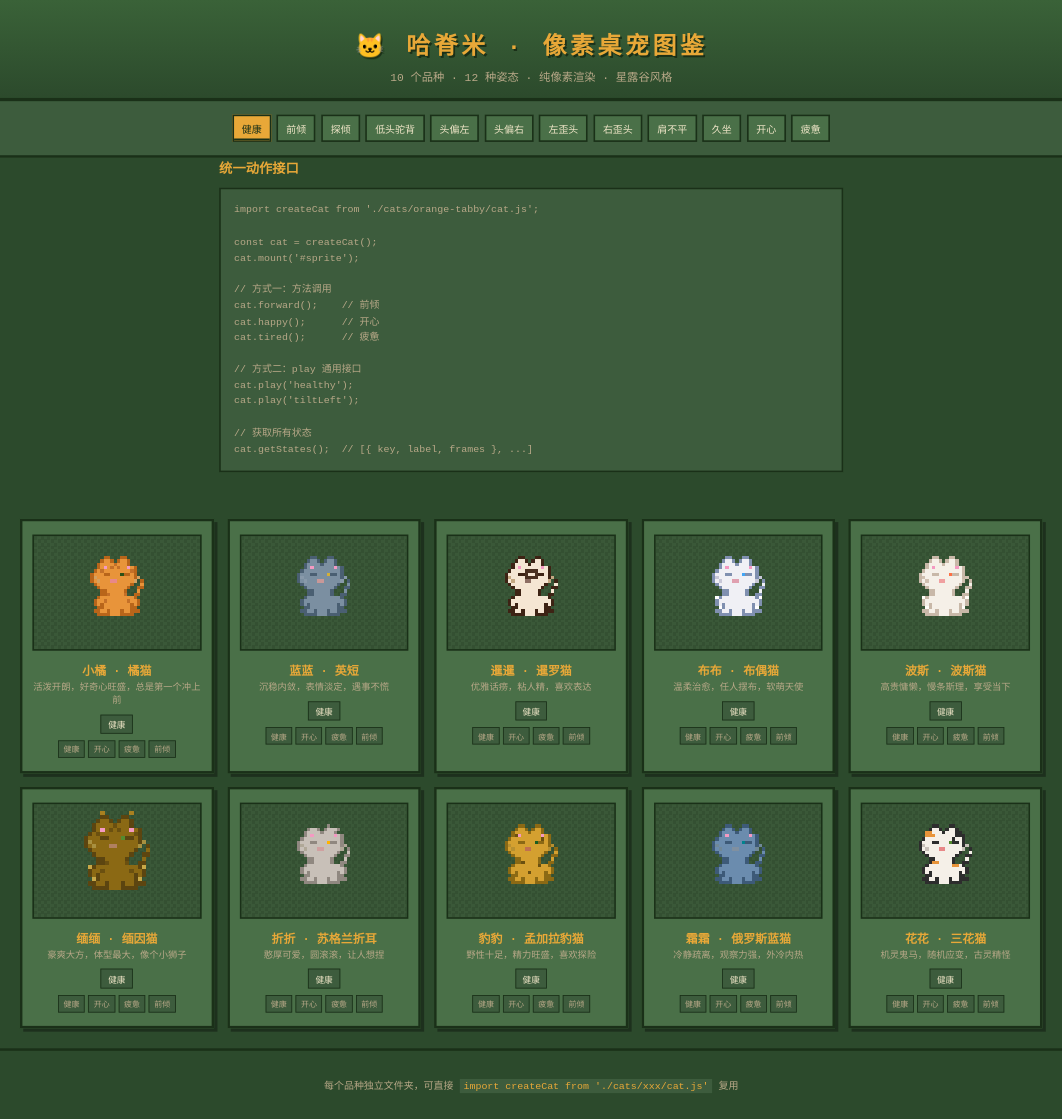
Repository: tangziyi1226-lab/hajimi
Page: index.html
These files come from the project's save history. The page is drawn as it stood at one moment and after the next save; the edit follows.
The browser window is 1280 px wide. The pictures show the whole page, at 83% of full size.

Above is the page before, as saved 2026-05-25 11:00:55.

### index.html
<!DOCTYPE html>
<html lang="zh-CN">
<head>
  <meta charset="UTF-8" />
  <meta name="viewport" content="width=device-width, initial-scale=1.0" />
  <title>哈脊米 · 像素桌宠图鉴</title>
  <link rel="stylesheet" href="styles.css" />
</head>
<body>
  <header>
    <h1>🐱 哈脊米 · 像素桌宠图鉴</h1>
    <p>10 个品种 · 12 种姿态 · 纯像素渲染 · 星露谷风格</p>
  </header>

  <nav class="controls-bar" id="global-controls"></nav>

  <section class="api-demo">
    <h2>统一动作接口</h2>
    <pre><code>import createCat from './cats/orange-tabby/cat.js';

const cat = createCat();
cat.mount('#sprite');

// 方式一：方法调用
cat.forward();    // 前倾
cat.happy();      // 开心
cat.tired();      // 疲惫

// 方式二：play 通用接口
cat.play('healthy');
cat.play('tiltLeft');

// 获取所有状态
cat.getStates();  // [{ key, label, frames }, ...]</code></pre>
  </section>

  <main class="gallery" id="gallery"></main>

  <footer>
    每个品种独立文件夹，可直接 <code>import createCat from './cats/xxx/cat.js'</code> 复用
  </footer>

  <script type="module" src="app.js"></script>
</body>
</html>

### styles.css
:root {
  --bg: #2c4a2c;
  --bg-panel: #3d5c3d;
  --bg-card: #4a7048;
  --border: #1a3018;
  --text: #f0e6c8;
  --text-dim: #b8a888;
  --accent: #e8a838;
  --accent-hover: #ffc850;
  --shadow: rgba(0, 0, 0, 0.35);
}

* {
  box-sizing: border-box;
  margin: 0;
  padding: 0;
}

body {
  font-family: 'Courier New', Courier, monospace;
  background: var(--bg);
  color: var(--text);
  min-height: 100vh;
  image-rendering: pixelated;
}

header {
  text-align: center;
  padding: 2rem 1rem 1rem;
  border-bottom: 4px solid var(--border);
  background: linear-gradient(180deg, #3a6238 0%, var(--bg) 100%);
}

header h1 {
  font-size: 1.8rem;
  letter-spacing: 0.15em;
  text-shadow: 2px 2px 0 var(--border);
  color: var(--accent);
}

header p {
  margin-top: 0.5rem;
  color: var(--text-dim);
  font-size: 0.85rem;
}

.controls-bar {
  display: flex;
  flex-wrap: wrap;
  gap: 0.4rem;
  justify-content: center;
  padding: 1rem;
  background: var(--bg-panel);
  border-bottom: 3px solid var(--border);
  position: sticky;
  top: 0;
  z-index: 10;
}

.controls-bar button {
  font-family: inherit;
  font-size: 0.75rem;
  padding: 0.35rem 0.6rem;
  background: var(--bg-card);
  color: var(--text);
  border: 2px solid var(--border);
  cursor: pointer;
  transition: background 0.1s;
}

.controls-bar button:hover,
.controls-bar button.active {
  background: var(--accent);
  color: var(--border);
}

.controls-bar button.active {
  box-shadow: inset 0 -2px 0 var(--border);
}

.gallery {
  display: grid;
  grid-template-columns: repeat(auto-fill, minmax(200px, 1fr));
  gap: 1rem;
  padding: 1.5rem;
  max-width: 1400px;
  margin: 0 auto;
}

.cat-card {
  background: var(--bg-card);
  border: 3px solid var(--border);
  box-shadow: 4px 4px 0 var(--shadow);
  display: flex;
  flex-direction: column;
  align-items: center;
  padding: 1rem 0.75rem;
  transition: transform 0.1s;
}

.cat-card:hover {
  transform: translateY(-2px);
}

.cat-card .sprite-wrap {
  width: 100%;
  min-height: 140px;
  display: flex;
  align-items: center;
  justify-content: center;
  background: repeating-conic-gradient(#3a5838 0% 25%, #345032 0% 50%) 0 0 / 8px 8px;
  border: 2px solid var(--border);
  margin-bottom: 0.75rem;
}

.cat-card .sprite-wrap canvas {
  image-rendering: pixelated;
  image-rendering: crisp-edges;
}

.cat-card h3 {
  font-size: 0.9rem;
  color: var(--accent);
  margin-bottom: 0.25rem;
}

.cat-card .personality {
  font-size: 0.7rem;
  color: var(--text-dim);
  text-align: center;
  line-height: 1.4;
  margin-bottom: 0.5rem;
}

.cat-card .state-label {
  font-size: 0.65rem;
  color: var(--text);
  background: var(--bg-panel);
  padding: 0.2rem 0.5rem;
  border: 1px solid var(--border);
}

.cat-card .mini-controls {
  display: flex;
  flex-wrap: wrap;
  gap: 0.25rem;
  justify-content: center;
  margin-top: 0.5rem;
}

.cat-card .mini-controls button {
  font-family: inherit;
  font-size: 0.6rem;
  padding: 0.15rem 0.35rem;
  background: var(--bg-panel);
  color: var(--text-dim);
  border: 1px solid var(--border);
  cursor: pointer;
}

.cat-card .mini-controls button:hover {
  color: var(--accent);
}

footer {
  text-align: center;
  padding: 2rem 1rem;
  color: var(--text-dim);
  font-size: 0.75rem;
  border-top: 3px solid var(--border);
}

footer code {
  color: var(--accent);
  background: var(--bg-panel);
  padding: 0.1rem 0.3rem;
}

.api-demo {
  max-width: 800px;
  margin: 0 auto 2rem;
  padding: 0 1.5rem;
}

.api-demo pre {
  background: var(--bg-panel);
  border: 2px solid var(--border);
  padding: 1rem;
  overflow-x: auto;
  font-size: 0.75rem;
  line-height: 1.6;
  color: var(--text-dim);
}

.api-demo h2 {
  font-size: 1rem;
  color: var(--accent);
  margin-bottom: 0.75rem;
}

### core/sprite-builder.js
/**
 * 20x20 模板像素猫构建器。
 * 参考用户给出的 Stardew 小猫形象：大头、短身、清晰描边、固定像素模板。
 */

const W = 22;
const H = 24;
const OFFSET_X = 1;
const OFFSET_Y = 1;

const HEAD_ROWS = new Set([0, 1, 2, 3, 4, 5, 6, 7, 8, 9, 10]);
const BODY_ROWS = new Set([11, 12, 13, 14, 15, 16]);

const BASE_SPRITE = [
  '......OO...OO......',
  '.....OFFO.OFFO.....',
  '....OFFFFOFFFO.....',
  '....OFPFFFFFFPFO....',
  '...OFFFFFFFFFFFO....',
  '..OFFFEOFFFEOFFO....',
  '..OFFFFFFFFFFFFO....',
  '..OFFFFFNNFFFFFO....',
  '...OFFFFFFFFFFO.....',
  '....OFFFFFFFFO......',
  '.....OFFFFFFO.......',
  '.....OFFFFFFO.......',
  '....OFFFFFFFFFFO....',
  '...OFFFFFFFFFFFFO...',
  '...OFFOFFFFFFOFFO...',
  '....OOOOFFFFOOOO....',
  '...OOOOO....OOOOO...',
  '....................',
  '....................',
  '....................',
];

function emptyGrid() {
  return Array.from({ length: H }, () => Array(W).fill(null));
}

function colorSet(colors) {
  return {
    O: colors.outline ?? colors.dark ?? '#5b3927',
    F: colors.base,
    L: colors.light,
    D: colors.dark,
    S: colors.stripe ?? colors.dark,
    A: colors.accent ?? colors.dark,
    E: colors.eye,
    H: colors.eyeShine ?? '#ffffff',
    P: colors.blush ?? '#f49ac2',
    N: colors.nose ?? '#ff6b9a',
    W: colors.whisker ?? colors.light,
  };
}

function set(grid, x, y, color) {
  const sx = x + OFFSET_X;
  const sy = y + OFFSET_Y;
  if (sy >= 0 && sy < H && sx >= 0 && sx < W) grid[sy][sx] = color;
}

function paint(grid, x, y, code, colors) {
  if (!code || code === '.') return;
  set(grid, x, y, colors[code] ?? colors.F);
}

function readBaseCell(x, y) {
  return BASE_SPRITE[y]?.[x] ?? '.';
}

function transformPoint(x, y, pose) {
  let nx = x;
  let ny = y;

  if (HEAD_ROWS.has(y)) {
    nx += pose.headX ?? 0;
    ny += pose.headY ?? 0;

    if (pose.headTilt === 'left') {
      if (y <= 4) nx -= 1;
      if (y >= 8) nx += 1;
    }
    if (pose.headTilt === 'right') {
      if (y <= 4) nx += 1;
      if (y >= 8) nx -= 1;
    }
  }

  if (BODY_ROWS.has(y)) {
    nx += pose.bodyX ?? 0;
    ny += pose.bodyY ?? 0;
    if (pose.sit && y >= 13) ny += 1;
    if (pose.lean === 'left' && y <= 13) nx -= 1;
    if (pose.lean === 'right' && y <= 13) nx += 1;
  }

  ny += pose.bob ?? 0;
  return [nx, ny];
}

function drawBase(grid, breed, pose, colors) {
  for (let y = 0; y < H; y++) {
    for (let x = 0; x < W; x++) {
      const code = readBaseCell(x, y);
      const [nx, ny] = transformPoint(x, y, pose);
      paint(grid, nx, ny, code, colors);
    }
  }
}

function drawNeckBridge(grid, pose, colors) {
  const bob = pose.bob ?? 0;
  const headX = pose.headX ?? 0;
  const bodyX = pose.bodyX ?? 0;
  const bodyY = pose.bodyY ?? 0;
  const headBottom = 10 + (pose.headY ?? 0) + bob;
  const bodyTop = 11 + bodyY + bob;
  const fromY = Math.min(headBottom, bodyTop);
  const toY = Math.max(headBottom, bodyTop);

  for (let y = fromY; y <= toY; y++) {
    const t = toY === fromY ? 0 : (y - fromY) / (toY - fromY);
    const center = Math.round(9 + headX * (1 - t) + bodyX * t);
    set(grid, center - 3, y, colors.O);
    set(grid, center - 2, y, colors.F);
    set(grid, center - 1, y, colors.F);
    set(grid, center, y, colors.F);
    set(grid, center + 1, y, colors.F);
    set(grid, center + 2, y, colors.F);
    set(grid, center + 3, y, colors.O);
  }
}

function drawBodyBridge(grid, pose, colors) {
  if (!pose.compactBody) return;

  const bob = pose.bob ?? 0;
  const bodyY = pose.bodyY ?? 0;
  const top = 12 + bodyY + bob;
  const bottom = 16 + bodyY + bob;

  for (let y = top; y <= bottom; y++) {
    set(grid, 5, y, colors.O);
    set(grid, 6, y, colors.F);
    set(grid, 7, y, colors.F);
    set(grid, 8, y, colors.F);
    set(grid, 9, y, colors.F);
    set(grid, 10, y, colors.F);
    set(grid, 11, y, colors.F);
    set(grid, 12, y, colors.F);
    set(grid, 13, y, colors.F);
    set(grid, 14, y, colors.O);
  }

  // 坐下时把后腿压成更明显的猫爪，不再露出“腰斩”的空行。
  set(grid, 5, bottom + 1, colors.O);
  set(grid, 6, bottom + 1, colors.O);
  set(grid, 7, bottom + 1, colors.O);
  set(grid, 12, bottom + 1, colors.O);
  set(grid, 13, bottom + 1, colors.O);
  set(grid, 14, bottom + 1, colors.O);
}

function drawPawBlend(grid, pose, colors) {
  const bob = pose.bob ?? 0;
  const bodyY = pose.bodyY ?? 0;
  const y = 14 + bodyY + bob;

  // 把腿根和肚子连起来，只保留底部圆爪的轮廓差异。
  for (let row = y; row <= y + 2; row++) {
    set(grid, 5, row, colors.O);
    set(grid, 6, row, colors.F);
    set(grid, 7, row, colors.F);
    set(grid, 8, row, colors.F);
    set(grid, 9, row, colors.F);
    set(grid, 10, row, colors.F);
    set(grid, 11, row, colors.F);
    set(grid, 12, row, colors.F);
    set(grid, 13, row, colors.F);
    set(grid, 14, row, colors.O);
  }

  for (let x = 5; x <= 14; x++) set(grid, x, y + 3, colors.F);
}

function drawPawForeground(grid, pose, colors) {
  const bob = pose.bob ?? 0;
  const bodyY = pose.bodyY ?? 0;
  const y = 16 + bodyY + bob;

  // 遮挡关系：前爪盖在身体下沿之上，爪底再用深色像素收边。
  const paws = [
    [4, y, colors.O],
    [5, y, colors.F],
    [6, y, colors.F],
    [7, y, colors.O],
    [11, y, colors.O],
    [12, y, colors.F],
    [13, y, colors.F],
    [14, y, colors.O],
    [4, y + 1, colors.O],
    [5, y + 1, colors.D],
    [6, y + 1, colors.D],
    [7, y + 1, colors.O],
    [11, y + 1, colors.O],
    [12, y + 1, colors.D],
    [13, y + 1, colors.D],
    [14, y + 1, colors.O],
  ];

  paws.forEach(([x, py, color]) => set(grid, x, py, color));
}

function drawChair(grid, pose) {
  if (!pose.chair) return;
  const leg = '#5d3a24';
  const seat = '#9b6434';
  const light = '#c08244';

  // 椅子永远在猫背后，猫身体会覆盖椅面中心。
  set(grid, 2, 10, leg);
  set(grid, 17, 10, leg);
  set(grid, 2, 11, leg);
  set(grid, 17, 11, leg);
  set(grid, 2, 12, leg);
  set(grid, 17, 12, leg);
  for (let x = 2; x <= 17; x++) set(grid, x, 14, seat);
  for (let x = 3; x <= 16; x++) set(grid, x, 13, light);
  set(grid, 2, 13, leg);
  set(grid, 17, 13, leg);
  set(grid, 3, 15, leg);
  set(grid, 16, 15, leg);
  set(grid, 3, 16, leg);
  set(grid, 16, 16, leg);
  set(grid, 3, 17, leg);
  set(grid, 16, 17, leg);
}

function zoomGrid(grid, scale = 1.15) {
  const next = emptyGrid();
  const cx = (W - 1) / 2;
  const cy = (H - 1) / 2;

  for (let y = 0; y < grid.length; y++) {
    for (let x = 0; x < grid[y].length; x++) {
      const sx = Math.round(cx + (x - cx) / scale);
      const sy = Math.round(cy + (y - cy) / scale);
      if (sy >= 0 && sy < H && sx >= 0 && sx < W) next[y][x] = grid[sy][sx];
    }
  }

  return next;
}

function drawWhiskers(grid, pose, colors) {
  const hx = 0 + (pose.headX ?? 0);
  const hy = 0 + (pose.headY ?? 0) + (pose.bob ?? 0);
  set(grid, 3 + hx, 6 + hy, colors.W);
  set(grid, 4 + hx, 7 + hy, colors.W);
  set(grid, 16 + hx, 6 + hy, colors.W);
  set(grid, 15 + hx, 7 + hy, colors.W);
}

function drawEyes(grid, pose, colors) {
  const hx = pose.headX ?? 0;
  const hy = (pose.headY ?? 0) + (pose.bob ?? 0);
  const style = pose.eyeStyle ?? 'normal';

  // 先盖掉模板眼睛位置，动作眼睛再单独画。
  [[6, 5], [7, 5], [12, 5], [13, 5]].forEach(([x, y]) => set(grid, x + hx, y + hy, colors.F));

  if (style === 'closed') {
    set(grid, 6 + hx, 5 + hy, colors.O);
    set(grid, 7 + hx, 5 + hy, colors.O);
    set(grid, 12 + hx, 5 + hy, colors.O);
    set(grid, 13 + hx, 5 + hy, colors.O);
    return;
  }

  if (style === 'happy') {
    set(grid, 6 + hx, 5 + hy, colors.O);
    set(grid, 7 + hx, 4 + hy, colors.O);
    set(grid, 12 + hx, 4 + hy, colors.O);
    set(grid, 13 + hx, 5 + hy, colors.O);
    return;
  }

  if (style === 'tired') {
    set(grid, 6 + hx, 5 + hy, colors.O);
    set(grid, 7 + hx, 5 + hy, colors.O);
    set(grid, 12 + hx, 5 + hy, colors.O);
    set(grid, 13 + hx, 5 + hy, colors.O);
    set(grid, 7 + hx, 6 + hy, colors.D);
    set(grid, 12 + hx, 6 + hy, colors.D);
    return;
  }

  set(grid, 6 + hx, 5 + hy, colors.E);
  set(grid, 7 + hx, 5 + hy, colors.H);
  set(grid, 12 + hx, 5 + hy, colors.E);
  set(grid, 13 + hx, 5 + hy, colors.H);

  if (style === 'wide') {
    set(grid, 6 + hx, 4 + hy, colors.E);
    set(grid, 13 + hx, 4 + hy, colors.E);
  }
}

function drawPattern(grid, breed, colors, pose) {
  const hx = pose.headX ?? 0;
  const hy = (pose.headY ?? 0) + (pose.bob ?? 0);
  const by = (pose.bodyY ?? 0) + (pose.bob ?? 0);

  if (breed.pattern === 'tabby') {
    set(grid, 9 + hx, 2 + hy, colors.S);
    set(grid, 8 + hx, 3 + hy, colors.S);
    set(grid, 10 + hx, 3 + hy, colors.S);
    set(grid, 5 + hx, 4 + hy, colors.S);
    set(grid, 14 + hx, 4 + hy, colors.S);
    set(grid, 7, 11 + by, colors.S);
    set(grid, 12, 11 + by, colors.S);
    set(grid, 6, 13 + by, colors.S);
    set(grid, 13, 13 + by, colors.S);
  }

  if (breed.pattern === 'spots') {
    set(grid, 5 + hx, 3 + hy, colors.S);
    set(grid, 13 + hx, 4 + hy, colors.S);
    set(grid, 7, 11 + by, colors.S);
    set(grid, 12, 12 + by, colors.S);
    set(grid, 9, 14 + by, colors.S);
  }

  if (breed.pattern === 'calico') {
    [[4, 2], [5, 2], [4, 3], [5, 3], [6, 3]].forEach(([x, y]) => set(grid, x + hx, y + hy, colors.S));
    [[13, 2], [14, 2], [13, 3], [14, 3], [12, 4]].forEach(([x, y]) => set(grid, x + hx, y + hy, colors.A));
    [[6, 11], [7, 11], [12, 12], [13, 12]].forEach(([x, y]) => set(grid, x, y + by, colors.S));
  }
}

function drawSiameseMask(grid, breed, colors, pose) {
  if (breed.chestPatch !== 'siamese') return;
  const hx = pose.headX ?? 0;
  const hy = (pose.headY ?? 0) + (pose.bob ?? 0);
  [[8, 4], [9, 4], [10, 4], [11, 4], [7, 5], [8, 5], [11, 5], [12, 5], [8, 6], [9, 6], [10, 6], [11, 6]].forEach(([x, y]) => {
    set(grid, x + hx, y + hy, colors.A);
  });
}

function drawFoldEars(grid, breed, colors, pose) {
  if (breed.earStyle !== 'fold') return;
  const hx = pose.headX ?? 0;
  const hy = (pose.headY ?? 0) + (pose.bob ?? 0);
  [[6, 0], [7, 0], [12, 0], [13, 0]].forEach(([x, y]) => set(grid, x + hx, y + hy, null));
  set(grid, 5 + hx, 1 + hy, colors.O);
  set(grid, 6 + hx, 1 + hy, colors.F);
  set(grid, 13 + hx, 1 + hy, colors.F);
  set(grid, 14 + hx, 1 + hy, colors.O);
}

function drawTuftEars(grid, breed, colors, pose) {
  if (breed.earStyle !== 'tuft') return;
  const hx = pose.headX ?? 0;
  const hy = (pose.headY ?? 0) + (pose.bob ?? 0);
  set(grid, 6 + hx, -1 + hy, colors.A);
  set(grid, 13 + hx, -1 + hy, colors.A);
}

function drawFluff(grid, breed, colors, pose) {
  if (!breed.fluffy) return;
  const by = (pose.bodyY ?? 0) + (pose.bob ?? 0);
  set(grid, 3, 12 + by, colors.L);
  set(grid, 16, 12 + by, colors.L);
  set(grid, 4, 15 + by, colors.L);
  set(grid, 15, 15 + by, colors.L);
}

function drawTail(grid, pose, colors) {
  const bob = pose.bob ?? 0;
  const wag = pose.tailWag ?? 0;
  const lift = pose.tailLift ?? 0;
  const droop = pose.tailDroop ?? 0;
  const tail = droop
    ? [[16, 11], [17, 12], [18 + wag, 13], [18 + wag, 14]]
    : [[15, 11], [16, 10], [17 + wag, 9 - lift], [18 + wag, 8 - lift], [18 + wag, 7 - lift]];

  tail.forEach(([x, y], i) => {
    set(grid, x, y + bob, colors.O);
    set(grid, x, y + 1 + bob, i % 2 ? colors.D : colors.F);
  });
}

function drawActionAccents(grid, pose, colors) {
  if (pose.pawLift) {
    set(grid, 5, 13 + (pose.bob ?? 0), null);
    set(grid, 5, 12 + (pose.bob ?? 0), colors.O);
    set(grid, 6, 12 + (pose.bob ?? 0), colors.F);
  }

  if (pose.shoulderUneven) {
    set(grid, 4, 12 + (pose.bob ?? 0), colors.O);
    set(grid, 15, 13 + (pose.bob ?? 0), colors.O);
  }

  if (pose.sleepyZ) {
    const z = [
      [15, 0],
      [16, 0],
      [16, 1],
      [15, 2],
      [16, 2],
      [18, 3],
      [19, 3],
      [19, 4],
      [18, 5],
      [19, 5],
    ];
    z.forEach(([x, y]) => set(grid, x, y, colors.O));
  }
}

/**
 * @param {object} breed 品种配置
 * @param {object} pose 姿态参数
 */
export function buildFrame(breed, pose = {}) {
  const grid = emptyGrid();
  const colors = colorSet(breed.colors);

  drawChair(grid, pose);
  drawTail(grid, pose, colors);
  drawBase(grid, breed, pose, colors);
  drawNeckBridge(grid, pose, colors);
  drawPawBlend(grid, pose, colors);
  drawBodyBridge(grid, pose, colors);
  drawSiameseMask(grid, breed, colors, pose);
  drawPattern(grid, breed, colors, pose);
  drawFoldEars(grid, breed, colors, pose);
  drawTuftEars(grid, breed, colors, pose);
  drawFluff(grid, breed, colors, pose);
  drawPawForeground(grid, pose, colors);
  drawEyes(grid, pose, colors);
  drawWhiskers(grid, pose, colors);
  drawActionAccents(grid, pose, colors);

  return pose.zoom ? zoomGrid(grid) : grid;
}

/** 为每个状态生成帧序列 */
export function buildStateFrames(breed, stateKey, frameCount) {
  const frames = [];

  for (let i = 0; i < frameCount; i++) {
    const wave = i % 2;
    const swing = wave ? 1 : -1;
    let pose = {};

    switch (stateKey) {
      case 'healthy':
        pose = { bob: wave ? -1 : 0, tailWag: swing, eyeStyle: i === 2 ? 'closed' : 'normal' };
        break;
      case 'forward':
        pose = { zoom: true, tailWag: 1, eyeStyle: 'wide' };
        break;
      case 'explore':
        pose = { headX: 2 + wave, headY: -1, tailLift: 1, tailWag: 1, eyeStyle: 'wide', pawLift: wave };
        break;
      case 'hunched':
        pose = { bodyY: 1, headY: 2 + wave, sit: true, compactBody: true, eyeStyle: 'closed', tailDroop: 1 };
        break;
      case 'headLeft':
        pose = { headX: -2 - wave, tailWag: -1 };
        break;
      case 'headRight':
        pose = { headX: 2 + wave, tailWag: 1 };
        break;
      case 'tiltLeft':
        pose = { headTilt: 'left', headX: -1, bob: wave ? -1 : 0, eyeStyle: wave ? 'happy' : 'normal' };
        break;
      case 'tiltRight':
        pose = { headTilt: 'right', headX: 1, bob: wave ? -1 : 0, eyeStyle: wave ? 'happy' : 'normal' };
        break;
      case 'unevenShoulders':
        pose = { lean: swing > 0 ? 'right' : 'left', shoulderUneven: true, tailWag: swing };
        break;
      case 'longSit':
        pose = { bodyY: 1, headY: 1 + wave, sit: true, compactBody: true, chair: true, eyeStyle: i > 1 ? 'tired' : 'normal', tailDroop: 1 };
        break;
      case 'happy':
        pose = { bob: wave ? -1 : 0, tailLift: 1, tailWag: swing, eyeStyle: 'happy', pawLift: wave };
        break;
      case 'tired':
        pose = { bodyY: 1, headY: 2 + wave, sit: true, compactBody: true, eyeStyle: 'tired', tailDroop: 1, sleepyZ: true };
        break;
      default:
        pose = {};
    }

    frames.push(buildFrame(breed, pose));
  }

  return frames;
}

export const SPRITE_SIZE = { w: W, h: H };

### cats/siamese/cat.js
import { createHajimiCat } from '../../core/hajimi-cat.js';

export const breed = {
  id: 'siamese',
  name: '暹暹 · 暹罗猫',
  personality: '优雅话痨，粘人精，喜欢表达',
  scale: 4,
  pattern: 'none',
  chestPatch: 'siamese',
  earStyle: 'normal',
  fluffy: false,
  colors: {
    base: '#F5E6D3',
    dark: '#3D2314',
    light: '#FFF8F0',
    stripe: '#5C3A28',
    accent: '#4A3020',
    eye: '#1565C0',
    eyeShine: '#64B5F6',
    nose: '#8D6E63',
    whisker: '#C4A882',
  },
};

export function createCat() {
  return createHajimiCat(breed);
}

export default createCat;

### cats/ragdoll/cat.js
import { createHajimiCat } from '../../core/hajimi-cat.js';

export const breed = {
  id: 'ragdoll',
  name: '布布 · 布偶猫',
  personality: '温柔治愈，任人摆布，软萌天使',
  scale: 4,
  pattern: 'none',
  chestPatch: 'white',
  earStyle: 'normal',
  fluffy: true,
  colors: {
    base: '#F0F0F5',
    dark: '#8090B0',
    light: '#FFFFFF',
    stripe: '#A0B0C8',
    accent: '#6888AA',
    eye: '#42A5F5',
    eyeShine: '#BBDEFB',
    nose: '#E0A0B0',
    whisker: '#C8C8D8',
  },
};

export function createCat() {
  return createHajimiCat(breed);
}

export default createCat;

### cats/persian/cat.js
import { createHajimiCat } from '../../core/hajimi-cat.js';

export const breed = {
  id: 'persian',
  name: '波斯 · 波斯猫',
  personality: '高贵慵懒，慢条斯理，享受当下',
  scale: 4,
  pattern: 'none',
  chestPatch: 'white',
  earStyle: 'normal',
  fluffy: true,
  colors: {
    base: '#F5F0E8',
    dark: '#C8B8A8',
    light: '#FFFDF8',
    stripe: '#D8C8B8',
    accent: '#E8D8C8',
    eye: '#FF7043',
    eyeShine: '#FFAB91',
    nose: '#F0A0A0',
    whisker: '#D0C0B0',
  },
};

export function createCat() {
  return createHajimiCat(breed);
}

export default createCat;

### cats/bengal/cat.js
import { createHajimiCat } from '../../core/hajimi-cat.js';

export const breed = {
  id: 'bengal',
  name: '豹豹 · 孟加拉豹猫',
  personality: '野性十足，精力旺盛，喜欢探险',
  scale: 4,
  pattern: 'spots',
  chestPatch: 'white',
  earStyle: 'normal',
  fluffy: false,
  colors: {
    base: '#D4A030',
    dark: '#8B6914',
    light: '#F0C860',
    stripe: '#6B5010',
    accent: '#A07818',
    eye: '#1B5E20',
    eyeShine: '#66BB6A',
    nose: '#C07050',
    whisker: '#B89030',
  },
};

export function createCat() {
  return createHajimiCat(breed);
}

export default createCat;

### cats/calico/cat.js
import { createHajimiCat } from '../../core/hajimi-cat.js';

export const breed = {
  id: 'calico',
  name: '花花 · 三花猫',
  personality: '机灵鬼马，随机应变，古灵精怪',
  scale: 4,
  pattern: 'calico',
  chestPatch: 'white',
  earStyle: 'normal',
  fluffy: false,
  colors: {
    base: '#F5F0E8',
    dark: '#2D2D2D',
    light: '#FFFFFF',
    stripe: '#E8943A',
    accent: '#2D2D2D',
    eye: '#558B2F',
    eyeShine: '#AED581',
    nose: '#E88888',
    whisker: '#C8C0B8',
  },
};

export function createCat() {
  return createHajimiCat(breed);
}

export default createCat;

Loaded but not shown: core/hajimi-cat.js (122 lines, source omitted); app.js (70 lines, source omitted); index.js (25 lines, source omitted); core/pixel-renderer.js (39 lines, source omitted); core/states.js (17 lines, source omitted); cats/orange-tabby/cat.js (29 lines, source omitted); cats/british-shorthair/cat.js (29 lines, source omitted); cats/russian-blue/cat.js (29 lines, source omitted); cats/scottish-fold/cat.js (29 lines, source omitted); cats/maine-coon/cat.js (29 lines, source omitted)

After the next save:
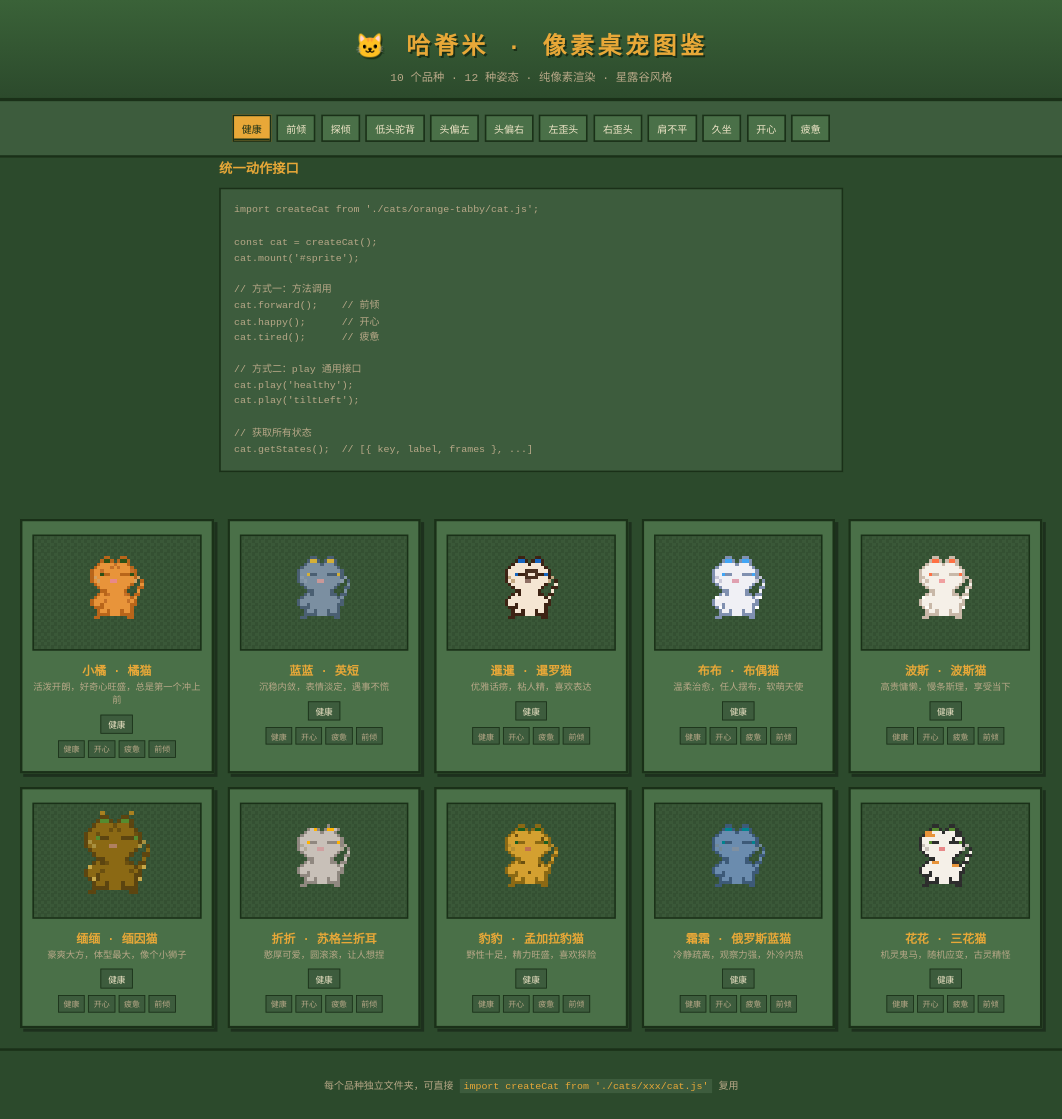
Saved 2 min 9 s later.
--- a/core/sprite-builder.js
+++ b/core/sprite-builder.js
@@ -12,27 +12,48 @@ const HEAD_ROWS = new Set([0, 1, 2, 3, 4, 5, 6, 7, 8, 9, 10]);
 const BODY_ROWS = new Set([11, 12, 13, 14, 15, 16]);
 
 const BASE_SPRITE = [
+
   '......OO...OO......',
-  '.....OFFO.OFFO.....',
+
+  '.....OEEO.OEEO.....',
+
   '....OFFFFOFFFO.....',
-  '....OFPFFFFFFPFO....',
-  '...OFFFFFFFFFFFO....',
-  '..OFFFEOFFFEOFFO....',
-  '..OFFFFFFFFFFFFO....',
-  '..OFFFFFNNFFFFFO....',
-  '...OFFFFFFFFFFO.....',
-  '....OFFFFFFFFO......',
-  '.....OFFFFFFO.......',
-  '.....OFFFFFFO.......',
-  '....OFFFFFFFFFFO....',
-  '...OFFFFFFFFFFFFO...',
-  '...OFFOFFFFFFOFFO...',
-  '....OOOOFFFFOOOO....',
-  '...OOOOO....OOOOO...',
+
+  '...OFFFFFFFFFFO....',
+
+  '..OFFFFFFFFFFFFO...',
+
+  '..OFFEOFFFFOEFEO...',
+
+  '..OFFFFFFFFFFFFO...',
+
+  '..OFFFFFNNFFFFFO...',
+
+  '...OFFFFFFFFFFO....',
+
+  '....OFFFFFFFFO.....',
+
+  '.....OOFFFFOO......',
+
+  '....OFFFFFFFFO.....',
+
+  '...OFFFFFFFFFFO....',
+
+  '..OFFFFFFFFFFFFO...',
+
+  '..OFFFFFFFFFFFFO...',
+
+  '...OOFFFFFFFFOO....',
+
+  '....OFFFFFFFFO.....',
+
+  '....OOO....OOO.....',
+
+  '...OO........OO....',
+
   '....................',
-  '....................',
-  '....................',
-];
+
+  ];
 
 function emptyGrid() {
   return Array.from({ length: H }, () => Array(W).fill(null));
